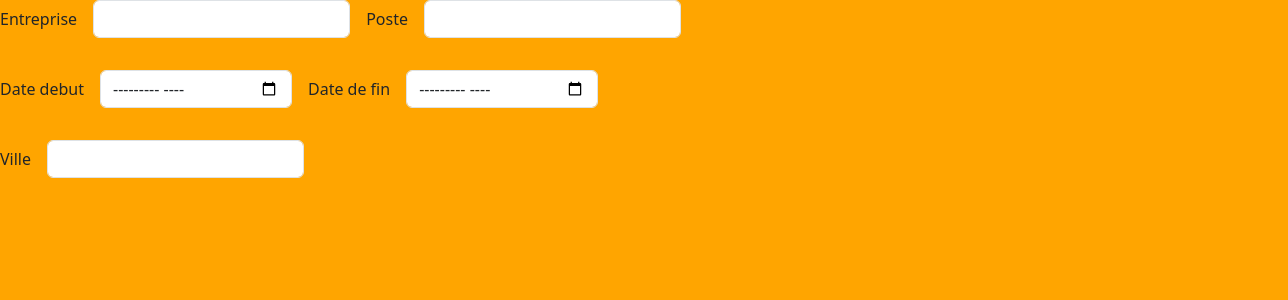
Repository: moAllElite/Examen-EJB-WEB-EAR
Page: http://localhost/SearchJobsWeb/views/exp_form_skills/main.jsp
An editor plug-in stored every save of this project. The page is shown before and after the next save, followed by the edit.
The browser window is 1280 px wide. The page is 1288 px wide, so the pictures cover 1288 px, including what lies to the right of the window. The pictures show the whole page.
The page is served by Tomcat 9. Nobody is signed in. The application's start-up code is not run. Other server files are loaded and not shown.

Above is the page before, as saved 2023-03-25 22:33:45.

### SearchJobsWeb/src/main/webapp/views/exp_form_skills/main.jsp
<%@ page language="java" contentType="text/html; charset=ISO-8859-1"
    pageEncoding="ISO-8859-1"%>
<!DOCTYPE html>
<html>
<head>
<meta charset="ISO-8859-1">
<title>Insert title here</title>
	 <link href="https://cdn.jsdelivr.net/npm/bootstrap@5.3.0-alpha1/dist/css/bootstrap.min.css" rel="stylesheet" integrity="sha384-GLhlTQ8iRABdZLl6O3oVMWSktQOp6b7In1Zl3/Jr59b6EGGoI1aFkw7cmDA6j6gD" crossorigin="anonymous">

	</head>
	<body  style="background-color: orange;">
		<!-- Example Code -->

	    <div class="row g-3 align-items-center sm-5">
		      <div class="col-auto">
		        <label for="inputPassword6" class="col-form-label">Entreprise</label>
		      </div>
			      <div class="col-auto">
			        <input type="text"  class="form-control" name="societe" name="" aria-describedby="addon-wrapping">
			      </div>
			      <div class="col-auto">
			      <label for="inputPassword6" class="col-form-label">Poste</label>
			    </div>
			    <div class="col-auto">
			      <input type="text"  class="form-control" name="poste" required="required" aria-describedby="addon-wrapping">
			    </div>
		  	</div>
		  	<!-- Example Code -->

		    <div class="row g-3 align-items-center mt-3">
		      <div class="col-auto">
		        <label for="inputPassword6" class="col-form-label">Date debut</label>
		      </div>
		      <div class="col-auto">
		        <input type="month" name="datedb"  class="form-control" required="required"  aria-describedby="addon-wrapping">
		      </div>
		      <div class="col-auto">
		      <label for="inputPassword6" class="col-form-label">Date de fin</label>
		    </div>
		    <div class="col-auto">
		      <input type="month"  name="datefn" required="required" class="form-control"  aria-describedby="addon-wrapping">
		    </div>
		    <div class="row g-3 align-items-center mt-3">
		      <div class="col-auto">
		        <label for="inputPassword6" class="col-form-label">Ville</label>
		      </div>
		      <div class="col-auto">
		        <input type="text" name="ville"  class="form-control" required="required"  aria-describedby="addon-wrapping">
		      </div>
		      </div>
		  </div>

	  	<script src="https://cdn.jsdelivr.net/npm/@popperjs/core@2.11.6/dist/umd/popper.min.js" integrity="sha384-oBqDVmMz9ATKxIep9tiCxS/Z9fNfEXiDAYTujMAeBAsjFuCZSmKbSSUnQlmh/jp3" crossorigin="anonymous"></script>
		<script src="https://cdn.jsdelivr.net/npm/bootstrap@5.3.0-alpha1/dist/js/bootstrap.min.js" integrity="sha384-mQ93GR66B00ZXjt0YO5KlohRA5SY2XofN4zfuZxLkoj1gXtW8ANNCe9d5Y3eG5eD" crossorigin="anonymous"></script>

	</body>
</html>

After the next save:
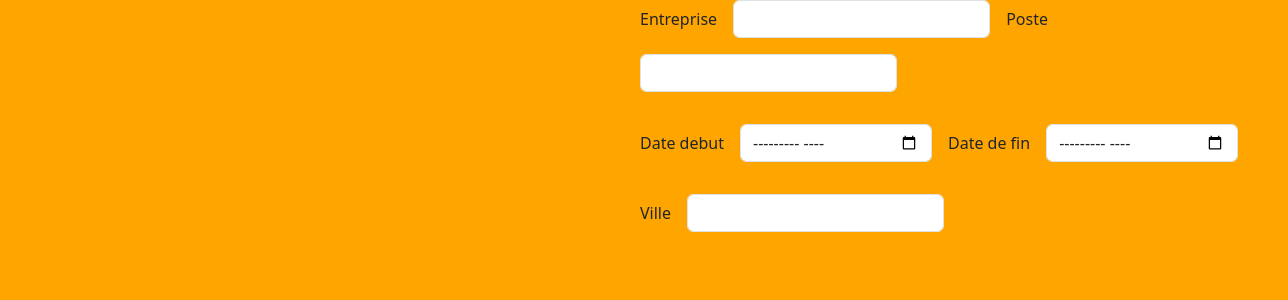
Saved 46 s later.
--- a/SearchJobsWeb/src/main/webapp/views/exp_form_skills/main.jsp
+++ b/SearchJobsWeb/src/main/webapp/views/exp_form_skills/main.jsp
@@ -8,7 +8,7 @@
 	 <link href="https://cdn.jsdelivr.net/npm/bootstrap@5.3.0-alpha1/dist/css/bootstrap.min.css" rel="stylesheet" integrity="sha384-GLhlTQ8iRABdZLl6O3oVMWSktQOp6b7In1Zl3/Jr59b6EGGoI1aFkw7cmDA6j6gD" crossorigin="anonymous">
 
 	</head>
-	<body  style="background-color: orange;">
+	<body  style="background-color: orange; margin-left: 50%;">
 		<!-- Example Code -->
 
 	    <div class="row g-3 align-items-center sm-5">
